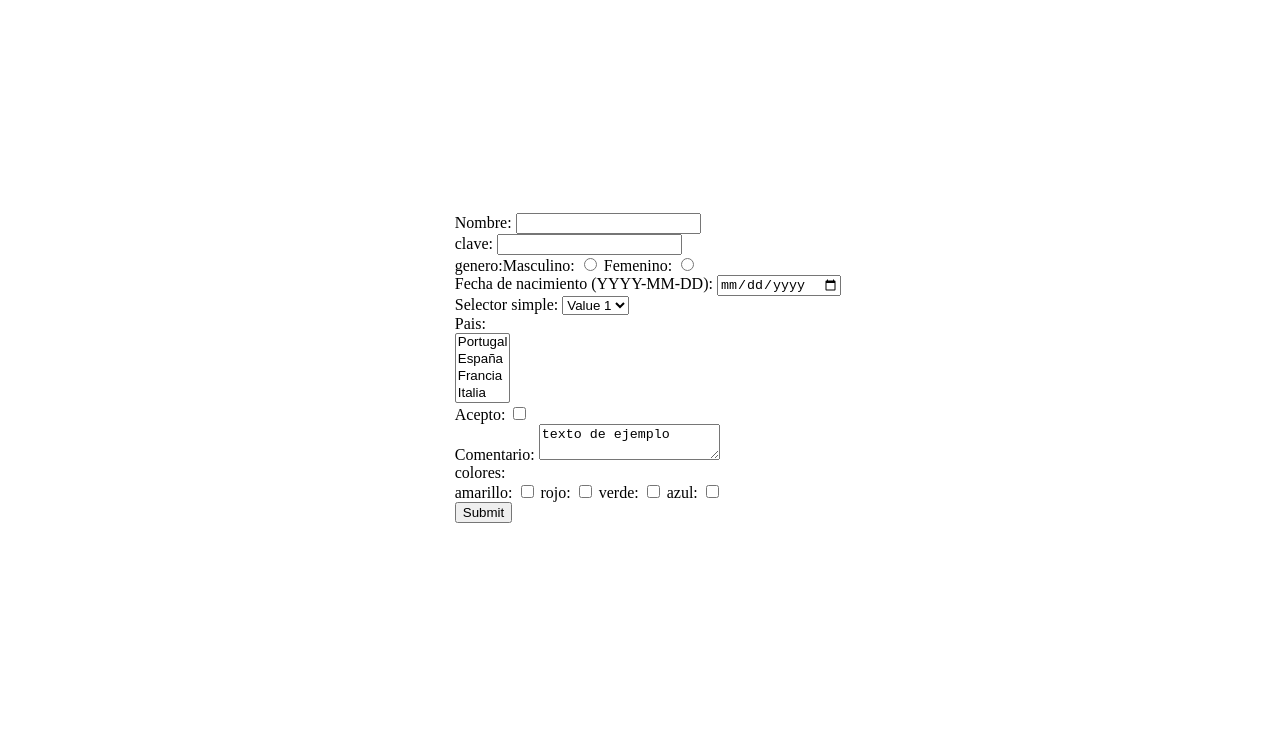
Repository: alvaroteja/ServidorJava
Page: http://localhost/11-EchoParametrosConArchivoJSP/formulario.jsp
An editor plug-in stored every save of this project. The page is shown before and after the next save, followed by the edit.
The browser window is 1280 px wide. The page is 1288 px wide, so the pictures cover 1288 px, including what lies to the right of the window. The pictures show the whole page.
The page is served by Tomcat 10. Other server files are loaded and not shown.

Above is the page before, as saved 2023-01-23 09:06:01.

### 11-EchoParametrosConArchivoJSP/src/main/webapp/formulario.jsp
<%@ page language="java" contentType="text/html; charset=ISO-8859-1"
	pageEncoding="ISO-8859-1"%>
<!DOCTYPE html>
<html>
<head>
<meta charset="ISO-8859-1">
<title>Insert title here</title>
<style>
body {
	width: 100vw;
	height: 100vh;
	display: flex;
	align-items: center;
	justify-content: center;
}
</style>
</head>
<body>
	<form action="formularioServlet" method="post">
		<label>Nombre:</label> <input type="text" name="nombre"> <br />
		<label>clave:</label> <input type="password" name="calve"> <br />
		<label>genero:</label><label>Masculino:</label> <input type="radio"
			name="genero" value="masculino"> <label>Femenino:</label> <input
			type="radio" name="genero" value="femenino"> <br /> <label>Fecha
			de nacimiento (YYYY-MM-DD):</label> <input type="date" name="FechaNacimiento">
		<br /> <label>Selector simple:</label> <select name="selectorSimple">
			<option value="value1">Value 1</option>
			<option value="value2">Value 2</option>
			<option value="value3">Value 3</option>
		</select> <br /> <label>Pais:</label><br /> <select name="pais" id="pais"
			multiple>
			<option value="Portugal">Portugal</option>
			<option value="Espana">España</option>
			<option value="Francia">Francia</option>
			<option value="Italia">Italia</option>
		</select> <br /> <label>Acepto:</label> <input type="checkbox" name="acepto">
		<br /> <label>Comentario:</label>
		<textarea name="comentario">texto de ejemplo</textarea>
		<input type="hidden" name="custId" value="aa"> <input
			type="hidden" name="custId" value="aaaa"> <br /> <label>colores:</label>
		<br /> <label>amarillo:</label> <input type="checkbox" name="colores"
			value="amarillo"> <label>rojo:</label> <input type="checkbox"
			name="colores" value="rojo"> <label>verde:</label> <input
			type="checkbox" name="colores" value="verde"> <label>azul:</label>
		<input type="checkbox" name="colores" value="azul"> <br /> <input
			type="submit">
	</form>
</body>
</html>

After the next save:
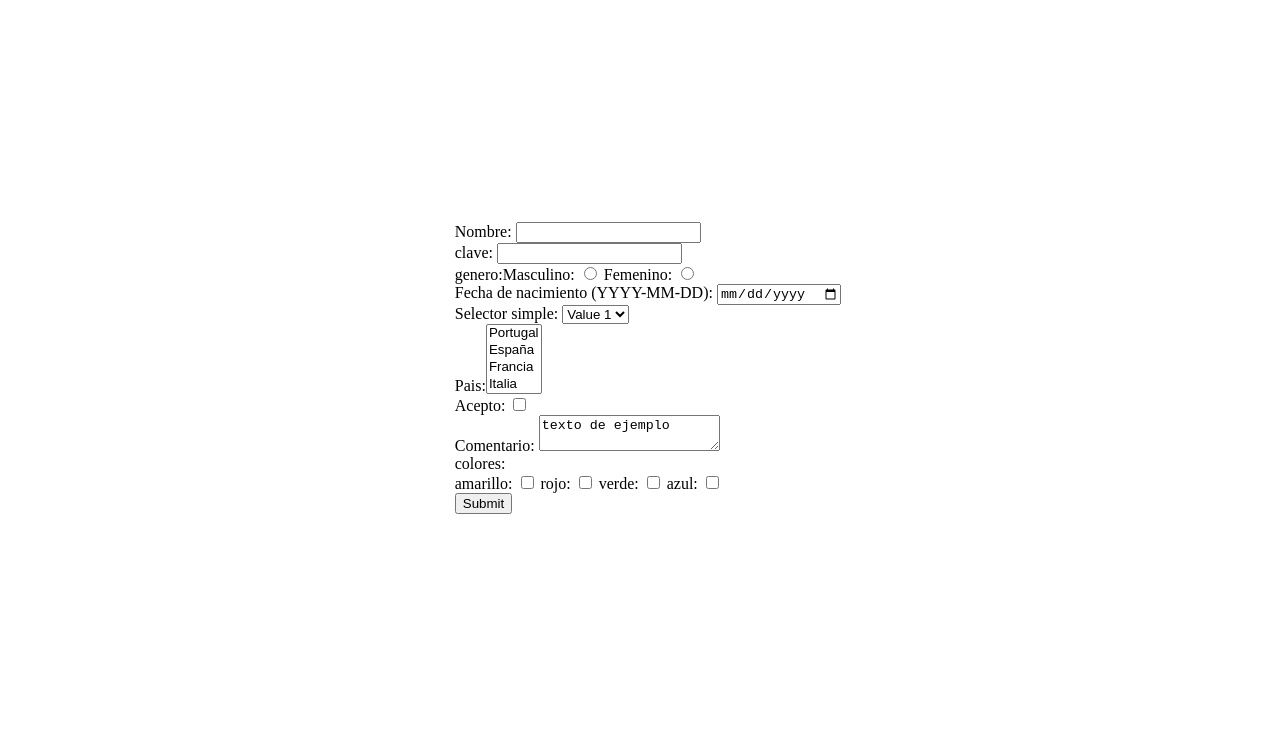
Saved 58 s later.
--- a/11-EchoParametrosConArchivoJSP/src/main/webapp/formulario.jsp
+++ b/11-EchoParametrosConArchivoJSP/src/main/webapp/formulario.jsp
@@ -27,7 +27,7 @@
 			<option value="value1">Value 1</option>
 			<option value="value2">Value 2</option>
 			<option value="value3">Value 3</option>
-		</select> <br /> <label>Pais:</label><br /> <select name="pais" id="pais"
+		</select> <br /> <label>Pais:</label><select name="pais" id="pais"
 			multiple>
 			<option value="Portugal">Portugal</option>
 			<option value="Espana">España</option>

After the save that followed:
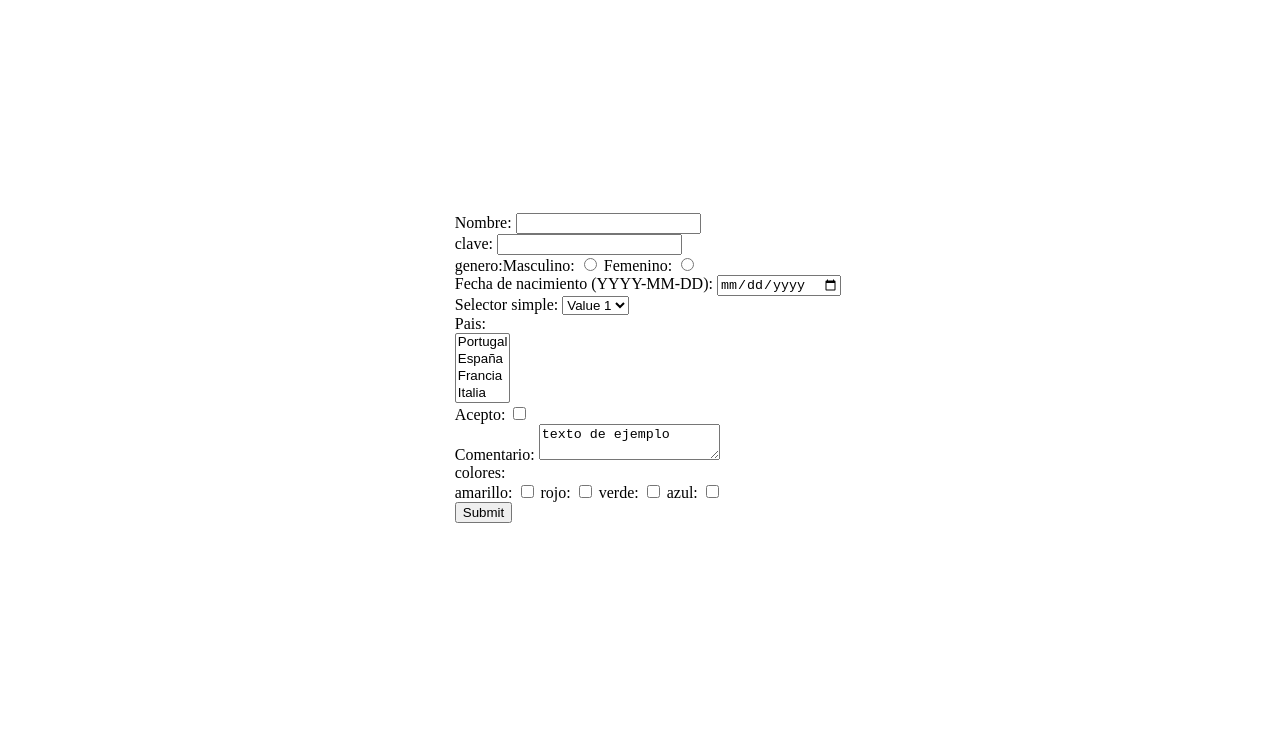
Saved 16 s later.
--- a/11-EchoParametrosConArchivoJSP/src/main/webapp/formulario.jsp
+++ b/11-EchoParametrosConArchivoJSP/src/main/webapp/formulario.jsp
@@ -27,7 +27,7 @@
 			<option value="value1">Value 1</option>
 			<option value="value2">Value 2</option>
 			<option value="value3">Value 3</option>
-		</select> <br /> <label>Pais:</label><select name="pais" id="pais"
+		</select> <br /> <label>Pais:</label><br /> <select name="pais" id="pais"
 			multiple>
 			<option value="Portugal">Portugal</option>
 			<option value="Espana">España</option>
